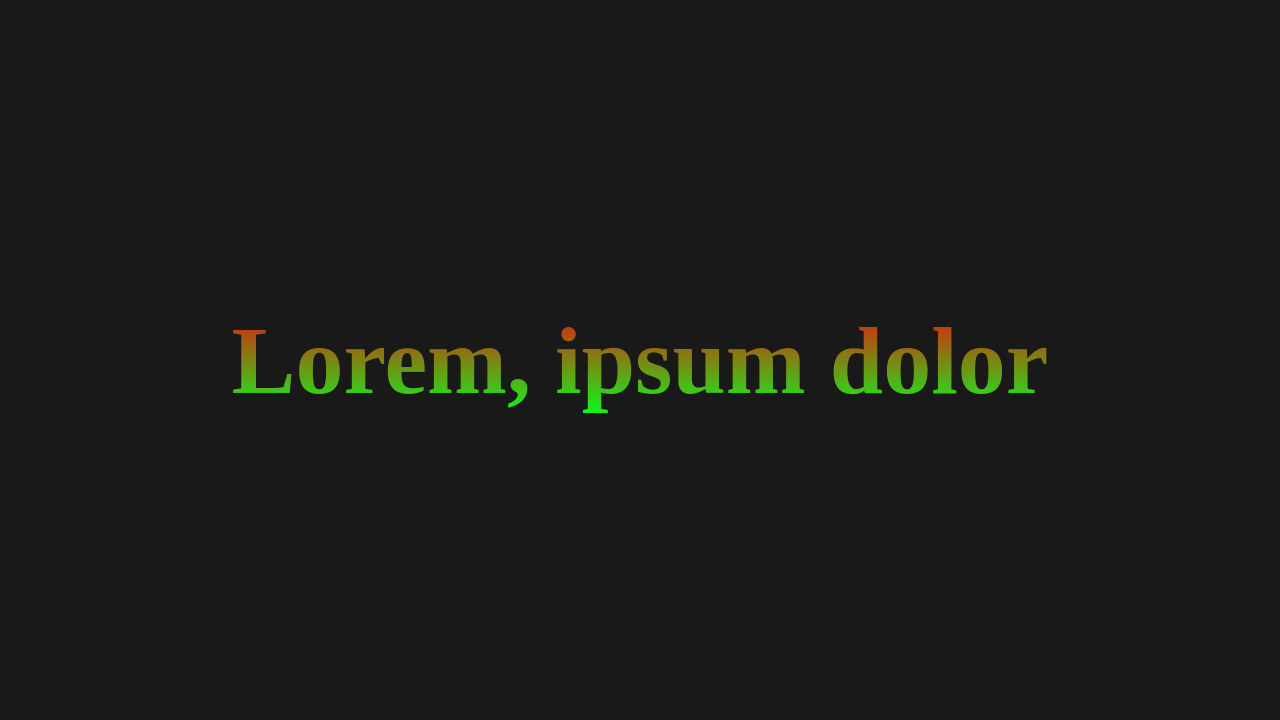
Repository: zuuo/--
Page: 文字颜色跑马灯/index.html
The author's editor kept a copy of each file at every save. The page is drawn from the files as they stood at one save, then again after the next save.
The browser window is 1280 px wide. The pictures show the whole page.
The style sheet was rebuilt from its Sass, Less or Tailwind sources for each picture, by a compiler version that may differ from the author's.

Above is the page before, as saved 2024-03-01 16:50:53.

After the next save:
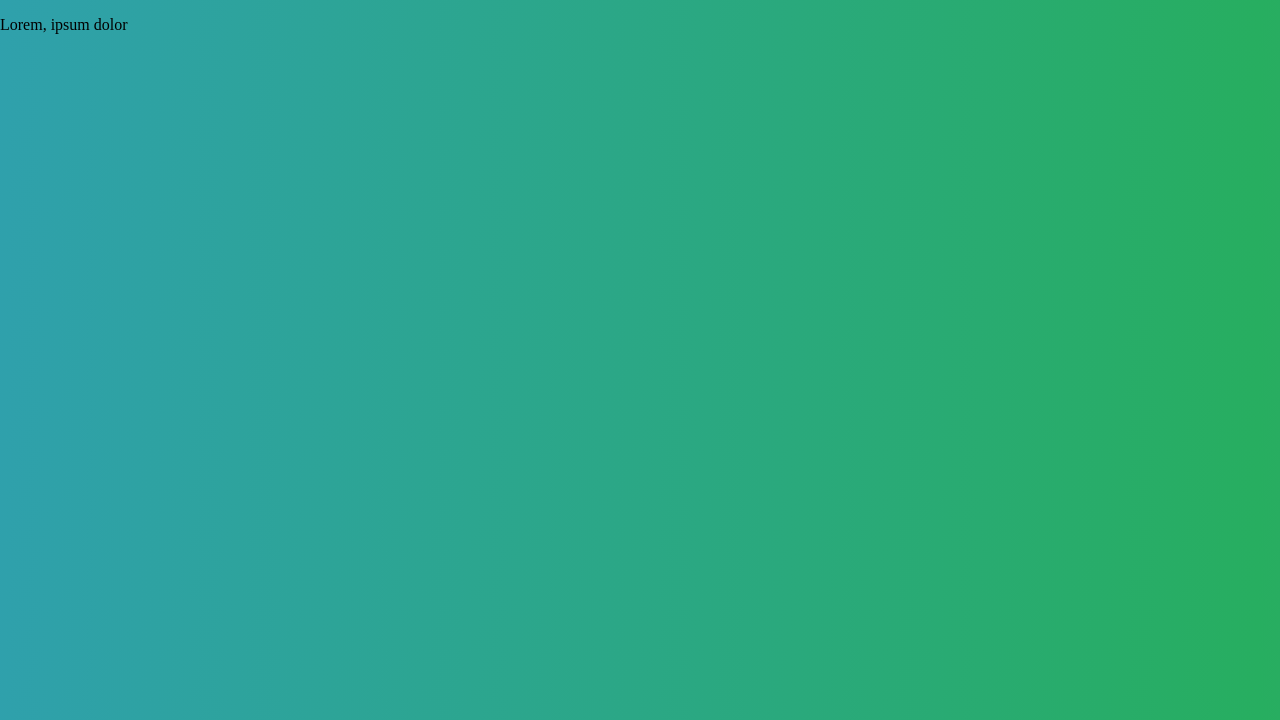
Saved 42 s later.
--- a/文字颜色跑马灯/style.less
+++ b/文字颜色跑马灯/style.less
@@ -1,36 +1,26 @@
 body {
     margin: 0;
     padding: 0;
+    font-family: "montserrat";
+    background-image: linear-gradient(100deg,#3498db,#27ae60,#9b59b6,#3498db,#f39c12,#d35400);
+    background-size: 800%;
+    animation: bganimation 105s infinite;
 }
-
-.box {
-    width: 100vw;
-    height: 100vh;
-    background-color: #1a1919;
-    display: flex;
-    align-items: center;
-    justify-content: center;
-
-    p {
-        font-size: 96px;
-        font-weight: bolder;
-        display: block;
-        background-image: linear-gradient(to top, #09fd1d, #f10d0d);
-        background-position: 0% 50%;
-        background-size: 800%;
-        background-clip: text;
-        // -webkit-background-clip: text;
-        color: transparent;
-
-        // animation: shine 0.1s ease infinite;
+.text {
+    color: white;
+    text-align: center;
+    text-transform: uppercase;
+    margin: 350px 0;
+    font-size: 22px;
+}
+@keyframes bganimation{
+    0% {
+        background-position:0% 50% ;
+    }
+    50% {
+        background-position:100% 50% ;
+    }
+    100% {
+        background-position:0% 50% ;
     }
 }
-
-@keyframes shine {
-    form {
-        background-position: 0% 50%;
-    }
-    to {
-        background-position: 100% 50%;
-    }
-}
